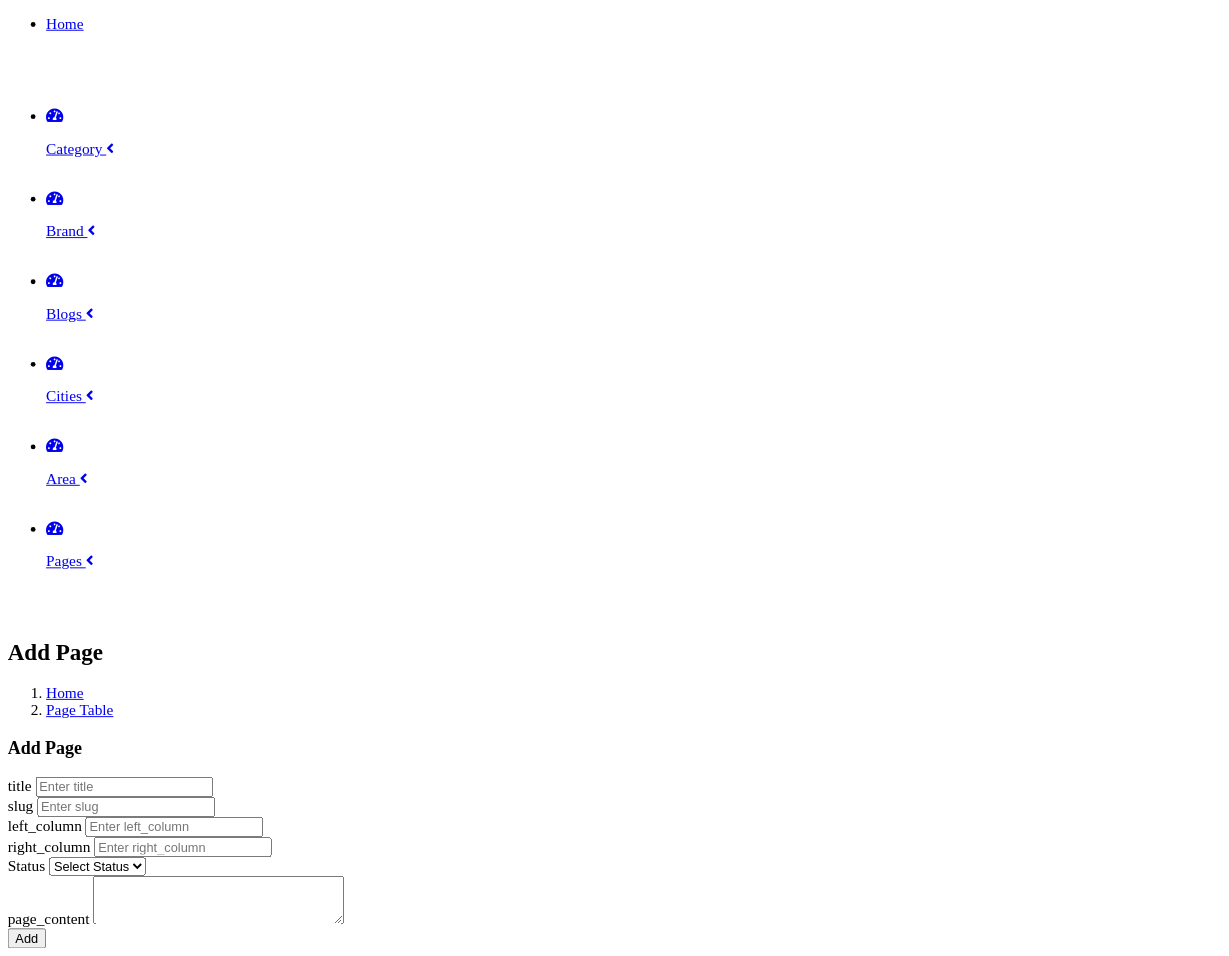
Repository: samiraelshon123/LP_Project
Page: http://localhost/admin/Page/create
An editor plug-in stored every save of this project. The page is shown before and after the next save, followed by the edit.
The browser window is 1280 px wide. The pictures show the whole page, at 96% of full size.
Some web fonts or font styles are not loaded; a fallback is used. The page is served by the project's Laravel application, run on PHP 8.4 with Laravel 9. A made-up administrator, Test User (test@example.com), is signed in. Other server files are loaded and not shown.

Above is the page before, as saved 2023-05-29 22:55:17.

### routes/web.php
<?php

use App\Http\Controllers\admin\AreaController;
use Illuminate\Support\Facades\Route;
use App\Http\Controllers\admin\CategoryController;
use App\Http\Controllers\admin\BrandController;
use App\Http\Controllers\admin\BlogController;
use App\Http\Controllers\admin\CityController;
use App\Http\Controllers\admin\PageController;
use App\Http\Controllers\admin\SocialMediaController;
use App\Http\Controllers\auth\RegisterController;
use App\Http\Controllers\auth\LoginController;
use App\Http\Controllers\auth\LogoutController;
use App\Http\Controllers\auth\AdminLoginController;

////////////

//user

use App\Http\Controllers\User\UserController;

/*
|--------------------------------------------------------------------------
| Web Routes
|--------------------------------------------------------------------------
|
| Here is where you can register web routes for your application. These
| routes are loaded by the RouteServiceProvider within a group which
| contains the "web" middleware group. Now create something great!
|
*/

Route::group(['prefix' => 'admin','middleware' => ['auth:admin']], function() {
        //admin
        Route::get('/', function(){
            return view('admin.dashboard');
        })->name('admin');

    // brand
    Route::resource('category', CategoryController::class);

    Route::resource('city', CityController::class);

    Route::resource('Area', AreaController::class);

    Route::resource('Page', PageController::class);




    // governorate
    Route::resource('brand', BrandController::class);

    //blog
     Route::resource('blog',BlogController::class);



});

//////////////////////////////////


Route::group(['middleware' => ['auth']], function() {
    Route::get('/', [UserController::class, 'home'])->name('user.home');
    Route::get('categories', [UserController::class, 'categories'])->name('user.categories');
    Route::get('about_us', [UserController::class, 'about_us'])->name('user.about_us');
    Route::get('change_location', [UserController::class, 'change_location'])->name('user.change_location');
    Route::get('contact_us', [UserController::class, 'contact_us'])->name('user.contact_us');
    Route::get('faq', [UserController::class, 'faq'])->name('user.faq');
    Route::get('privacy', [UserController::class, 'privacy'])->name('user.privacy');
    Route::get('terms_of_use', [UserController::class, 'terms_of_use'])->name('user.terms_of_use');
    Route::get('service_details', [UserController::class, 'service_details'])->name('user.service_details');
    Route::get('services_by_category', [UserController::class, 'services_by_category'])->name('user.services_by_category');




});

//////////////////////////////////

//authentication

Route::get('/register', [RegisterController::class, 'register'])->name('register');
Route::post('/register', [RegisterController::class, 'registerUser'])->name('registerUser');


Route::get('/login', [LoginController::class, 'login'])->name('login');
Route::post('/login', [LoginController::class, 'loginUser'])->name('loginUser');


Route::get('/logout', [LogoutController::class, 'logout']);

Route::get('/adminlogin', [AdminLoginController::class, 'loginPage']);
Route::post('/adminlogin', [AdminLoginController::class, 'loginAdmin'])->name('adminlogin');

### app/Models/User.php
<?php

namespace App\Models;

use Illuminate\Contracts\Auth\MustVerifyEmail;
use Illuminate\Database\Eloquent\Factories\HasFactory;
use Illuminate\Foundation\Auth\User as Authenticatable;
use Illuminate\Notifications\Notifiable;
use Laravel\Sanctum\HasApiTokens;

class User extends Authenticatable
{
    use HasApiTokens, HasFactory, Notifiable;

    /**
     * The attributes that are mass assignable.
     *
     * @var array<int, string>
     */
    protected $fillable = [
        'name',
        'phone',
        'email',
        'username',
        'password',
        'user_type'
    ];

    /**
     * The attributes that should be hidden for serialization.
     *
     * @var array<int, string>
     */
    protected $hidden = [
        'password',
        'remember_token',
    ];

    /**
     * The attributes that should be cast.
     *
     * @var array<string, string>
     */
    protected $casts = [
        'email_verified_at' => 'datetime',
    ];
     public function order(){
         return $this->belongsToMany(User::class, 'ord_users', 'user_id', 'order_id');
     }
}

### app/Models/Admin.php
<?php

namespace App\Models;

use Illuminate\Contracts\Auth\MustVerifyEmail;
use Illuminate\Database\Eloquent\Factories\HasFactory;
use Illuminate\Foundation\Auth\User as Authenticatable;
use Illuminate\Notifications\Notifiable;
use Laravel\Sanctum\HasApiTokens;

class Admin extends Authenticatable
{
    use HasApiTokens, HasFactory, Notifiable;
    public $table = 'admins';
    /**
     * The attributes that are mass assignable.
     *
     * @var array<int, string>
     */
    protected $fillable = [
        'name',
        'username',
        'role',
        'image',
        'description',
        'designation',
        'email',
        'password',
    ];

    /**
     * The attributes that should be hidden for serialization.
     *
     * @var array<int, string>
     */
    protected $hidden = [
        'password',
        'remember_token',
    ];

    /**
     * The attributes that should be cast.
     *
     * @var array<string, string>
     */
    protected $casts = [
        'email_verified_at' => 'datetime',
    ];
}

### app/Http/Controllers/admin/PageController.php
<?php

namespace App\Http\Controllers\admin;

use App\Http\Controllers\Controller;
use App\Models\Page;
use Illuminate\Http\Request;

class PageController extends Controller
{
    public function __construct()
    {
        $this->middleware('auth:admin');
    }

    public function index(){
        $pages = Page::all();

        return view('admin.pages.index', compact('pages'));

    }
    public function create(){
        return view('admin.pages.create');
    }
    public function store(Request $request)
    {
        $data = $request->validate([
            'title' => 'required|string',
            'slug' => 'required|string',
            'page_content' => 'required|string',
            'visibility' => 'required|string',
            'status' => 'required|string',
            'page_builder_status' => 'required|string',
            'layout' => 'required|string',
            'sidebar_layout' => 'required|string',
            'navbar_variant' => 'required|string',
            'page_class' => 'required|string',
            'back_to_top' => 'required|string',
            'breadcrumb_status' => 'required|string',
            'footer_variant' => 'required|string',
            'widget_style' => 'required|string',
            'left_column' => 'required|string',
            'right_column' => 'required|string',

        ]);


        Page::create($data);
            session()->flash('add_message', 'Page has been added');

        return  redirect('admin/Page');
    }

    public function edit($id){

        $Page = Page::find($id);

        return view('admin.pages.edit', compact('Page'));
    }
    public function update(Request $request, $id){
        $data = $request->validate([
            'title' => 'required|string',
            'slug' => 'required|string',
            'page_content' => 'required|string',
            'visibility' => 'required|string',
            'status' => 'required|string',
            'page_builder_status' => 'required|string',
            'layout' => 'required|string',
            'sidebar_layout' => 'required|string',
            'navbar_variant' => 'required|string',
            'page_class' => 'required|string',
            'back_to_top' => 'required|string',
            'breadcrumb_status' => 'required|string',
            'footer_variant' => 'required|string',
            'widget_style' => 'required|string',
            'left_column' => 'required|string',
            'right_column' => 'required|string',

        ]);
        $Page = Page::find($id);

        $Page->update($data);
        session()->flash('edit_message', 'Page has been updated');
        return  redirect('admin/Page');

    }
    public function destroy($id){
        $Page = Page::find($id);
        $Page->delete();
        session()->flash('delete_message', 'Page has been deleted');
        return  redirect('admin/Page');
    }
}

### resources/views/admin/pages/create.blade.php
@extends('layouts.admin')
@section('content')

  <div class="content-wrapper" style="margin-left: 0px;">
    <section class="content-header">
      <div class="container-fluid">
        <div class="row mb-2">
          <div class="col-sm-6">
            <h1>Add Page</h1>
          </div>
          <div class="col-sm-6">
            <ol class="breadcrumb float-sm-right">
              <li class="breadcrumb-item"><a href="{{route('admin')}}">Home</a></li>
              <li class="breadcrumb-item active"><a href="{{route('Page.index')}}">Page Table</a></li>
            </ol>
          </div>
        </div>
      </div>
    </section>

    <section class="content">
      <div class="container-fluid">
        <div class="row">



<div class="card card-primary" style="width: 100%;">
    @if ($errors->any())
            <div class="alert alert-danger">
                <ul>
                    @foreach ($errors->all() as $error)
                        <li>{{ $error }}</li>
                    @endforeach
                </ul>
            </div>
    @endif
    <div class="card-header">
        <h3 class="card-title">Add Page</h3>
    </div>

    <form action="{{route('Page.store')}}" method="POST" enctype="multipart/form-data">
        @csrf


        <div class="card-body">
          <div class="row">
            <div class="form-group col-6">
                <label for="exampleInputEmail1">title</label>
                <input type="text" class="form-control" id="exampleInputEmail1"  value="{{old('title')}}" name="title" placeholder="Enter title">
            </div>

            <div class="form-group col-6">
                <label for="exampleInputEmail1">slug</label>
                <input type="text" class="form-control" id="slug" value="{{old('slug')}}" name="slug" placeholder="Enter slug">
            </div>

            <div class="form-group col-6">
                <label for="exampleInputEmail1">left_column</label>
                <input type="text" class="form-control" id="left_column" value="{{old('left_column')}}" name="left_column" placeholder="Enter left_column">
            </div>
            <div class="form-group col-6">
                <label for="exampleInputEmail1">right_column</label>
                <input type="text" class="form-control" id="right_column" value="{{old('right_column')}}" name="right_column" placeholder="Enter right_column">
            </div>


            <div class="form-group col-6">
                <label for="exampleInputEmail1">Status</label>
                <select name="status" id="" class="form-control">
                <option value="" disabled selected>Select Status</option>

                  <option value="1">Active</option>
                  <option value="0">InActive</option>

                </select>
              </div>
              <div class="form-group col-6">
                <label for="exampleInputEmail1">page_content</label>
                <textarea id="" cols="30" rows="3" class="form-control" name="page_content" >{{old('page_content')}}</textarea>
              </div>



            </div>

        </div>
        <div class="card-footer">
            <button type="submit" class="btn btn-primary">Add</button>
        </div>
    </form>
</div>
        </div>

      </div>
    </section>
  </div>
@endsection

### resources/views/layouts/admin.blade.php


  @include('includes.header')

  @include('includes.main_sidebar')

  <div class="content-wrapper">

    @yield('content')
  </div>


</div>

### resources/views/includes/header.blade.php

<!DOCTYPE html>
<html lang="en">
<head>
  <meta charset="utf-8">
  <meta name="viewport" content="width=device-width, initial-scale=1">
  <title>LP Dashboard</title>

  <link rel="stylesheet" href="{{asset('https://fonts.googleapis.com/css?family=Source+Sans+Pro:300,400,400i,700&display=fallback')}}">
  <link rel="stylesheet" href="{{asset('plugins/fontawesome-free/css/all.min.css')}}">
  <link rel="stylesheet" href="{{asset('dist/css/adminlte.min.css')}}">
</head>
<body class="hold-transition sidebar-mini layout-fixed">
<div class="wrapper">


  <nav class="main-header navbar navbar-expand navbar-white navbar-light">
    <ul class="navbar-nav">

      <li class="nav-item d-none d-sm-inline-block">
        <a href="{{route('admin')}}" class="nav-link">Home</a>
      </li>

    </ul>
  </nav>

### resources/views/includes/main_sidebar.blade.php

<aside class="main-sidebar sidebar-dark-primary elevation-4">

    <div class="sidebar">
      <div class="user-panel mt-3 pb-3 mb-3 d-flex">
        <div class="image">
        </div>
        <div class="info">
        <h5 style="color:white;" class="d-block">LP Dashboard</h5>
        </div>
      </div>



      <!-- Sidebar Menu -->
      <nav class="mt-2">
        <ul class="nav nav-pills nav-sidebar flex-column" data-widget="treeview" role="menu" data-accordion="false">

          <br>
              <li class="nav-item menu-open">
                <a href="{{route('category.index')}}" class="nav-link active">
                  <i class="nav-icon fas fa-tachometer-alt"></i>
                  <p>
                  Category
                    <i class="right fas fa-angle-left"></i>
                  </p>
                </a>
              </li>
              <br>
              <li class="nav-item menu-open">
                <a href="{{route('brand.index')}}" class="nav-link active">
                  <i class="nav-icon fas fa-tachometer-alt"></i>
                  <p>
                  Brand
                    <i class="right fas fa-angle-left"></i>
                  </p>
                </a>
              </li>
              <br>

              <li class="nav-item menu-open">
                <a href="{{route('blog.index')}}" class="nav-link active">
                  <i class="nav-icon fas fa-tachometer-alt"></i>
                  <p>
                  Blogs
                    <i class="right fas fa-angle-left"></i>
                  </p>
                </a>
              </li><br>
              <li class="nav-item menu-open">
                <a href="{{route('city.index')}}" class="nav-link active">
                  <i class="nav-icon fas fa-tachometer-alt"></i>
                  <p>
                  Cities
                    <i class="right fas fa-angle-left"></i>
                  </p>
                </a>
              </li><br>
              <li class="nav-item menu-open">
                <a href="{{route('Area.index')}}" class="nav-link active">
                  <i class="nav-icon fas fa-tachometer-alt"></i>
                  <p>
                  Area
                    <i class="right fas fa-angle-left"></i>
                  </p>
                </a>
              </li><br>
              <li class="nav-item menu-open">
                <a href="{{route('Page.index')}}" class="nav-link active">
                  <i class="nav-icon fas fa-tachometer-alt"></i>
                  <p>
                  Pages
                    <i class="right fas fa-angle-left"></i>
                  </p>
                </a>
              </li>
              <br>

              <br>



        </ul>
      </nav>
      <!-- /.sidebar-menu -->
    </div>
    <!-- /.sidebar -->
  </aside>

Loaded but not shown: app/Http/Controllers/Controller.php (common file); public/plugins/fontawesome-free/css/all.min.css (library); lang/en.json (common file)

After the next save:
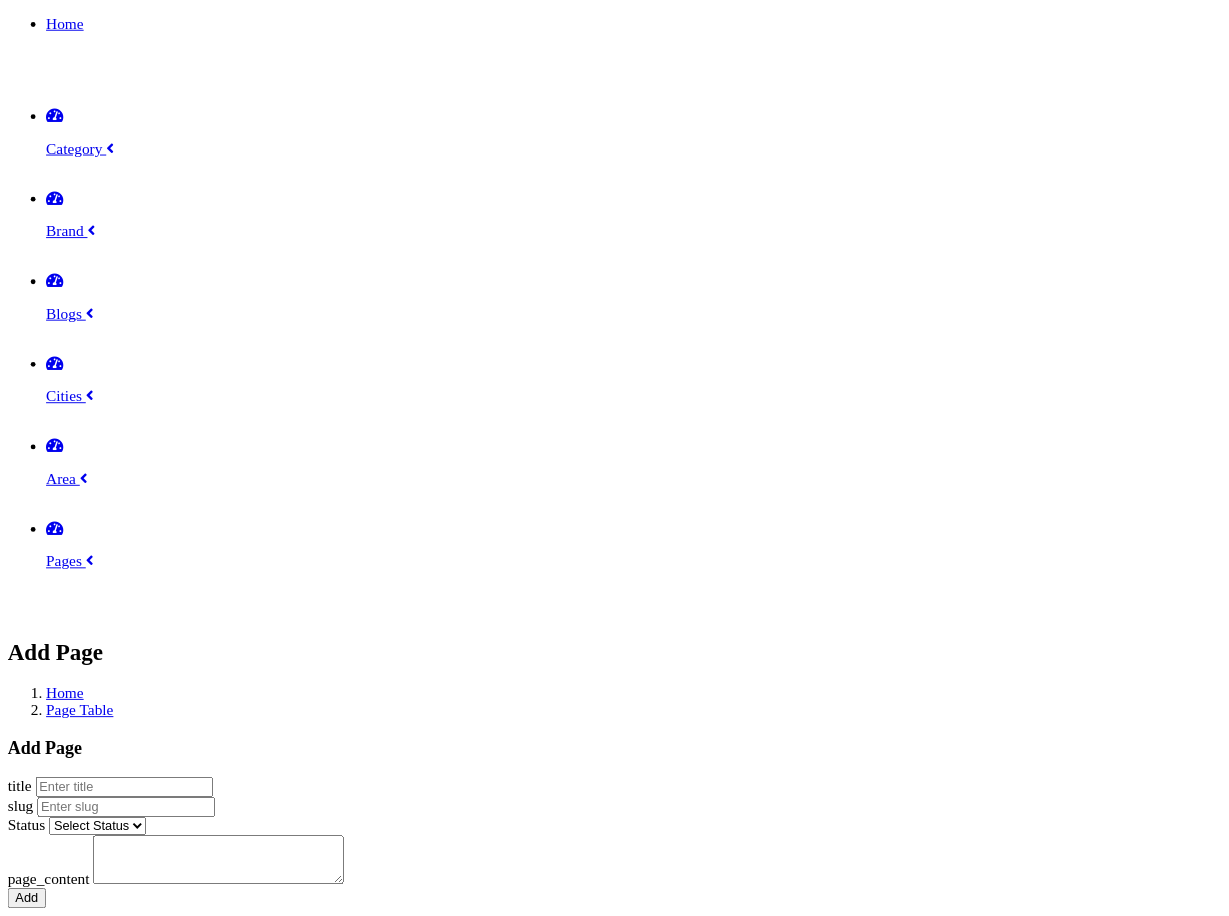
Saved 3 s later.
--- a/resources/views/admin/pages/create.blade.php
+++ b/resources/views/admin/pages/create.blade.php
@@ -54,14 +54,6 @@
                 <input type="text" class="form-control" id="slug" value="{{old('slug')}}" name="slug" placeholder="Enter slug">
             </div>
 
-            <div class="form-group col-6">
-                <label for="exampleInputEmail1">left_column</label>
-                <input type="text" class="form-control" id="left_column" value="{{old('left_column')}}" name="left_column" placeholder="Enter left_column">
-            </div>
-            <div class="form-group col-6">
-                <label for="exampleInputEmail1">right_column</label>
-                <input type="text" class="form-control" id="right_column" value="{{old('right_column')}}" name="right_column" placeholder="Enter right_column">
-            </div>
 
 
             <div class="form-group col-6">
